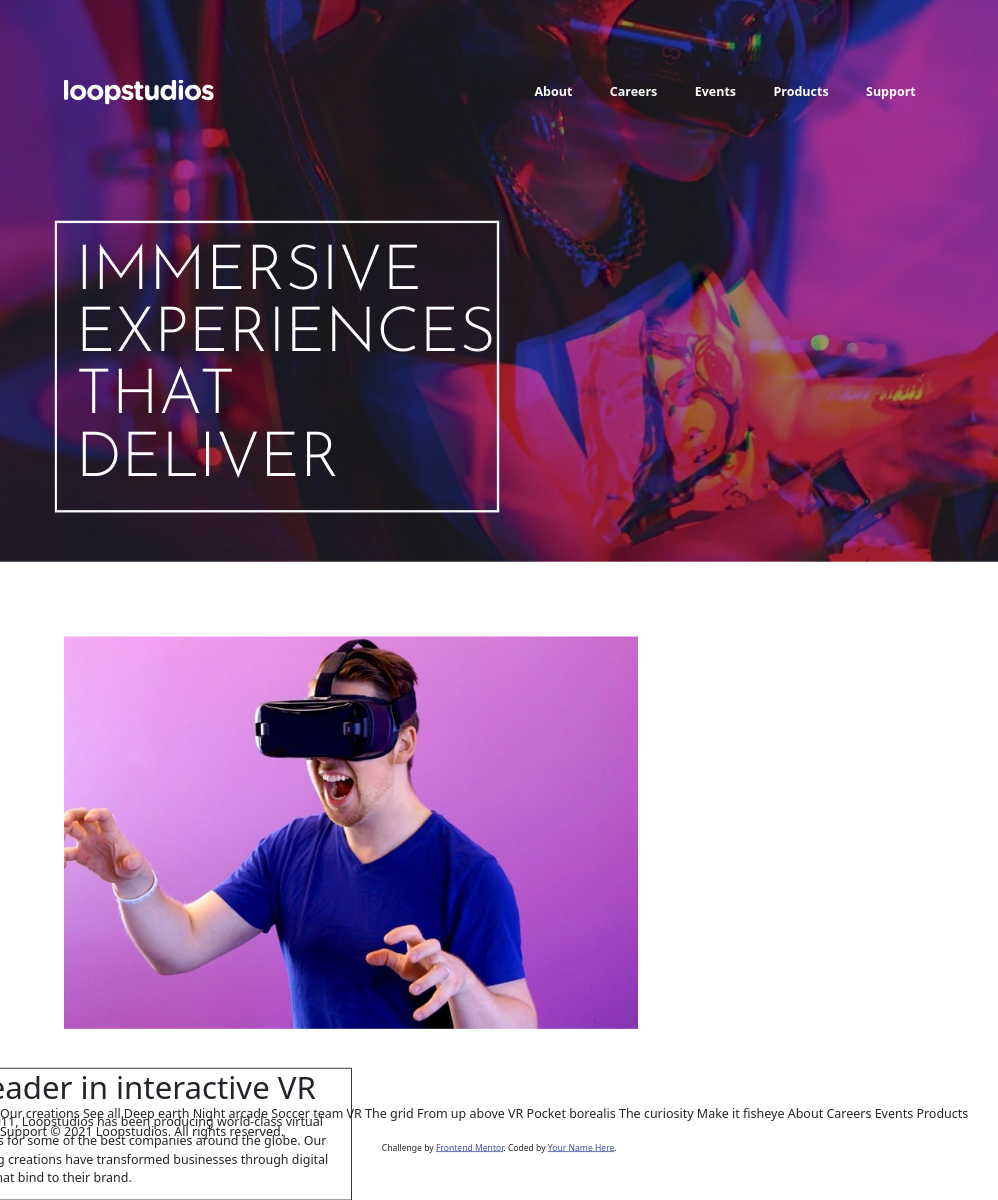
Repository: badhon252/revision
Page: loopstudios-landing-page-main/index.html
These files come from the project's save history. The page is drawn as it stood at one moment and after the next save; the edit follows.
The browser window is 1280 px wide. The pictures show the whole page, at 78% of full size.
Some web libraries are served in a nearby version. The style sheet was rebuilt from its Sass, Less or Tailwind sources for each picture, by a compiler version that may differ from the author's.

Above is the page before, as saved 2022-04-17 15:08:24.

After the next save:
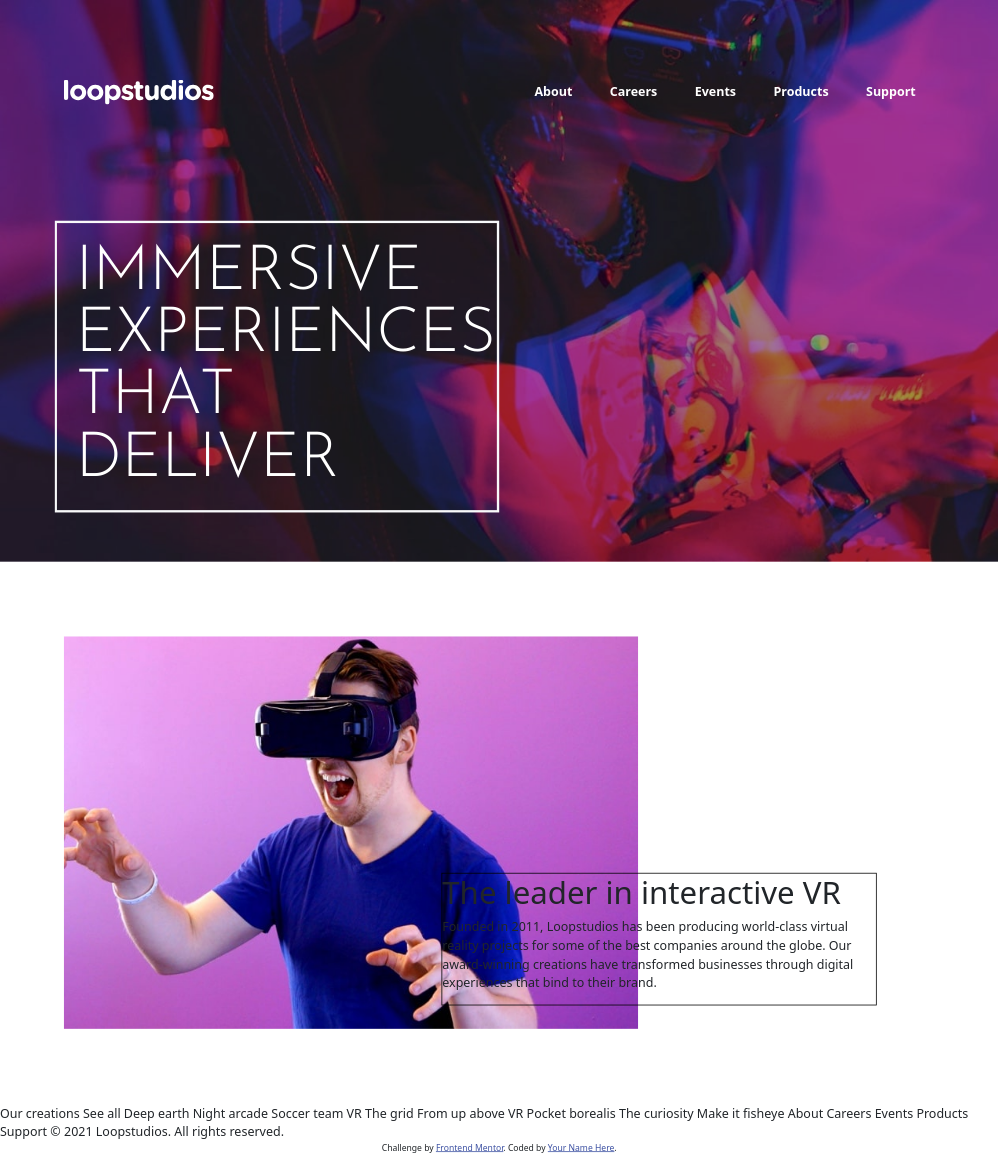
Saved 106 s later.
--- a/loopstudios-landing-page-main/scss/style.scss
+++ b/loopstudios-landing-page-main/scss/style.scss
@@ -45,8 +45,9 @@ header {
     margin: 50px;
     // padding: 100px;
     position: absolute;
-    margin-left: -189px;
-    margin-bottom: 346px;
+    margin-left: 484px;
+    margin-bottom: 0px;
+    margin-top: -200px;
   }
 }
 // Footer
